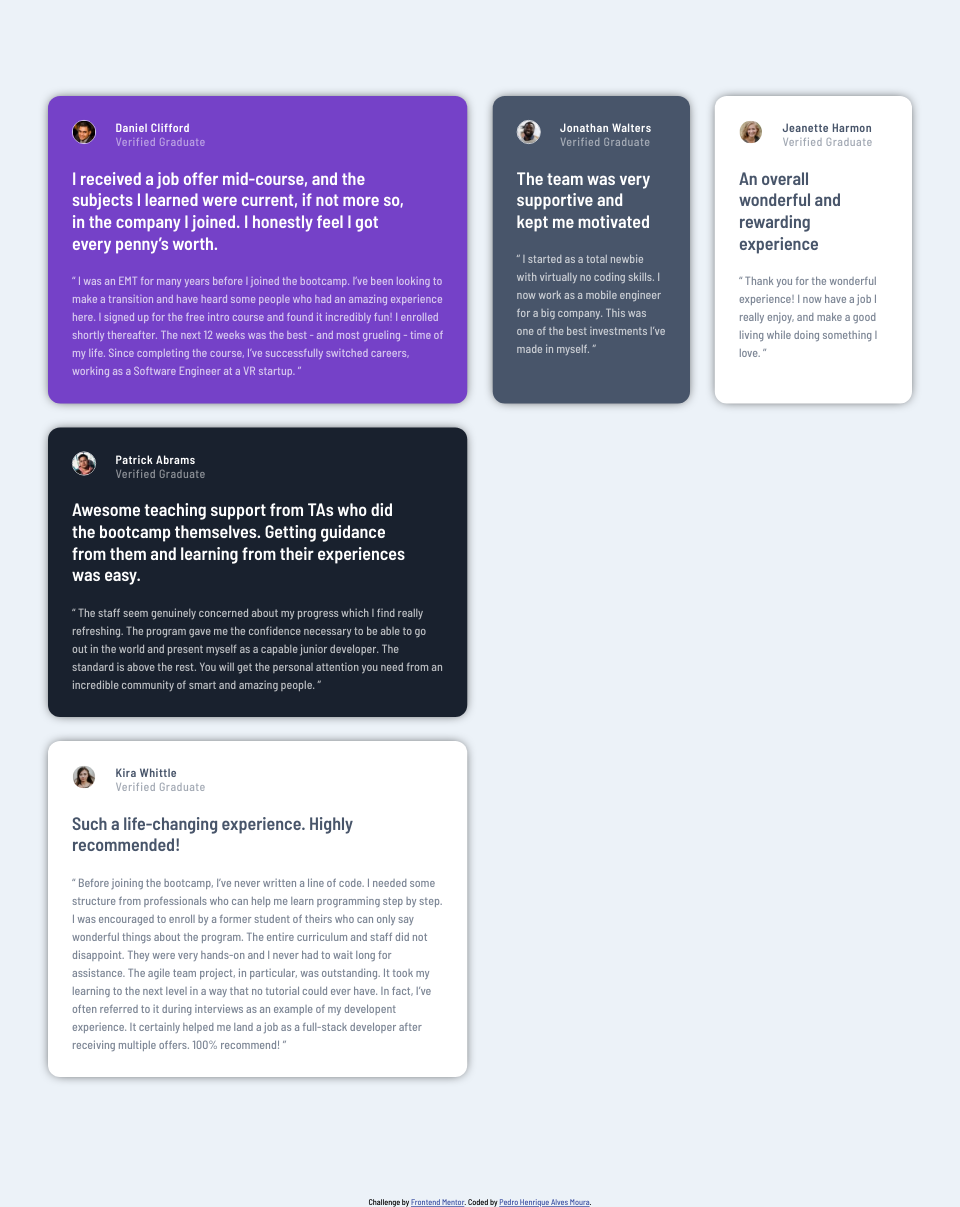
Repository: Pedrohamoura-Git/Frontend-Mentor-Challenges
Page: Junior/testimonials-grid-section-main/index.html
The author's editor kept a copy of each file at every save. The page is drawn from the files as they stood at one save, then again after a run of saves.
The browser window is 1280 px wide. The pictures show the whole page, at 75% of full size.

Above is the page before, as saved 2021-06-02 10:02:44.

### Junior/testimonials-grid-section-main/index.html
<!DOCTYPE html>
<html lang="en">
<head>
  <meta charset="UTF-8">
  <meta name="viewport" content="width=device-width, initial-scale=1.0"> <!-- displays site properly based on user's device -->

  <link rel="stylesheet" href="css/style.css">

  <title>Frontend Mentor | [Challenge Name Here]</title>

  <!-- Feel free to remove these styles or customise in your own stylesheet 👍 -->
  <style>
    .attribution { font-size: 11px; text-align: center; }
    .attribution a { color: hsl(228, 45%, 44%); }
  </style>
</head>
<body>

  <div id="wrapper">
    <div id="cards">
      <div id="card1">
        <header>
          <div class="picture">
            <img  src="images/image-daniel.jpg" alt="Daniel Clifford's Picture">
          </div>

          <div class="profile">
            <p>Daniel Clifford</p>
            <p class="status">Verified Graduate</p>
          </div>
          <div class="quotes"></div>
        </header>


        <h2>I received a job offer mid-course, and the subjects I learned were current, if not more so, in the company I joined. I honestly feel I got every penny’s worth.</h2>

        <p class="reviews">“ I was an EMT for many years before I joined the bootcamp. I’ve been looking to make a transition and have heard some people who had an amazing experience here. I signed up for the free intro course and found it incredibly fun! I enrolled shortly thereafter. The next 12 weeks was the best - and most grueling - time of my life. Since completing the course, I’ve successfully switched careers, working as a Software Engineer at a VR startup. ”</p>
      </div>

      <div id="card2">
        <header>
          <div class="picture">
            <img src="images/image-jonathan.jpg" alt="Jonathan Walters's Picture">
          </div>

          <div class="profile">
            <p>Jonathan Walters</p>
            <p class="status">Verified Graduate</p>
          </div>
        </header>

        <h2>The team was very supportive and kept me motivated</h2>

        <p class="reviews">“ I started as a total newbie with virtually no coding skills. I now work as a mobile engineer
          for a big company. This was one of the best investments I’ve made in myself. ”</p>
      </div>


      <div id="card3">
        <header>
          <div class="picture">
            <img src="images/image-jeanette.jpg" alt="Jeanette Harmon's Picture">
          </div>

          <div class="profile">
            <p>Jeanette Harmon</p>
            <p class="status">Verified Graduate</p>
          </div>
        </header>

        <h2>An overall wonderful and rewarding experience</h2>

        <p class="reviews">“ Thank you for the wonderful experience! I now have a job I really enjoy, and make a good living
          while doing something I love. ”</p>
      </div>

      <div id="card4">
        <header>
          <div class="picture">
            <img src="images/image-patrick.jpg" alt="Patrick Abrams's Picture">
          </div>

          <div class="profile">
            <p>Patrick Abrams</p>
            <p class="status">Verified Graduate</p>
          </div>
        </header>

        <h2>Awesome teaching support from TAs who did the bootcamp themselves. Getting guidance from them and
          learning from their experiences was easy.</h2>

        <p class="reviews">“ The staff seem genuinely concerned about my progress which I find really refreshing. The program
          gave me the confidence necessary to be able to go out in the world and present myself as a capable
          junior developer. The standard is above the rest. You will get the personal attention you need from
          an incredible community of smart and amazing people. ”</p>
      </div>

      <div id="card5">
        <header>
          <div class="picture">
            <img src="images/image-kira.jpg" alt="Kira Whittle's Picture">
          </div>

          <div class="profile">
            <p>Kira Whittle</p>
            <p class="status">Verified Graduate</p>
          </div>
        </header>

        <h2>Such a life-changing experience. Highly recommended!</h2>

        <p class="reviews">“ Before joining the bootcamp, I’ve never written a line of code. I needed some structure from
          professionals who can help me learn programming step by step. I was encouraged to enroll by a former
          student of theirs who can only say wonderful things about the program. The entire curriculum and staff
          did not disappoint. They were very hands-on and I never had to wait long for assistance. The agile team
          project, in particular, was outstanding. It took my learning to the next level in a way that no tutorial
          could ever have. In fact, I’ve often referred to it during interviews as an example of my developent
          experience. It certainly helped me land a job as a full-stack developer after receiving multiple offers.
          100% recommend! ”</p>
      </div>
    </div>
  </div>


  <div class="attribution">
    Challenge by <a href="https://www.frontendmentor.io?ref=challenge" target="_blank">Frontend Mentor</a>.
    Coded by <a href="#">Pedro Henrique Alves Moura</a>.
  </div>
</body>
</html>

### Junior/testimonials-grid-section-main/css/style.css
/*
** Core Formats
*/
    @import url('https://fonts.googleapis.com/css2?family=Barlow+Semi+Condensed:ital,wght@0,500;0,600;1,500;1,600&display=swap');


    * {
        box-sizing: border-box;
        font-family: "Barlow Semi Condensed";
        margin: 0;
        padding: 0;

    }

    html {
        Font-size: 13px;
    }

    body {
        background: hsl(210, 46%, 95%);
    }


/*
** Common Formats
*/
    #cards {
        color: white;
        margin: 10% auto;
        min-width: 200px;
        width: 90%;

        /* border: 1px solid red; */
    }
    #cards .picture img {
        border: 1.5px solid white;
        border-radius: 3rem;
        width: 55%;
    }

    #cards h2 {
        font-size: 1.5rem;
        margin-bottom: 1.5rem;
        max-width: 90%;
    }

    #cards div.profile {
        letter-spacing: .04rem;
        margin-bottom: 1.5rem;
    }

    #cards div.profile :first-child {
        font-weight: 600;
    }

    #cards div.profile p.status {
        opacity: 50%;
    }

    #cards p.reviews {
        font-size: 1rem;
        line-height: 1.5rem;
        opacity: 70%;
    }

    #card1, #card2, #card3, #card4, #card5 {
        border-radius: 1rem;
        box-shadow: 0 0 1rem -5px black;
        margin-bottom: 2rem;
        padding: 2rem;
    }


    header {
        display: flex;
    }



    /* CONFIGURAR A IMAGEM DE ASPAS DEPOIS


         #cards #card1 h2 {
        z-index: 10;
    }


    #card1 ::before {
        content: '';
        background: url(../images/bg-pattern-quotation.svg)no-repeat;
        width: 30%;
        height: 20%;
        position: absolute;
        top: 3rem;
        right: 2rem;
        z-index: 2;
    }
    } */




/*
** Card #1
*/
    #card1 {
        background: hsl(263, 55%, 52%);
    }



/*
** card #2
*/

    #card2 {
        background: hsl(217, 19%, 35%);
    }


/*
** card #3
*/
    #card3 {
        background: white;
        color: hsl(217, 19%, 35%);
    }


/*
** card #4
*/
    #card4 {
        background: hsl(219, 29%, 14%);
    }



/*
** card #5
*/
    #card5 {
        background: white;
        color: hsl(217, 19%, 35%);
    }


    /*
    ** Tablet Layout
    */
        @media (min-width: 720px) {

            html {
                font-size: 16px;
            }

            #cards {
                display: grid;
                grid-template-columns: repeat(2, 1fr);
                column-gap: 2.1rem;
            }

            #card1 {
                grid-column: 1 / span 2;
            }

            #card4 {
                grid-column: 1 / span 2;
            }

            #card5 {
                grid-column: 1 / span 2;
            }
        }



    /*
    ** Desktop - Layout
    */
        @media (min-width: 1080px) {
            #cards {
                display: grid;
                grid-template-columns: repeat(4, 1fr);
                grid-template-rows:
            }
        }

After the next 4 saves:
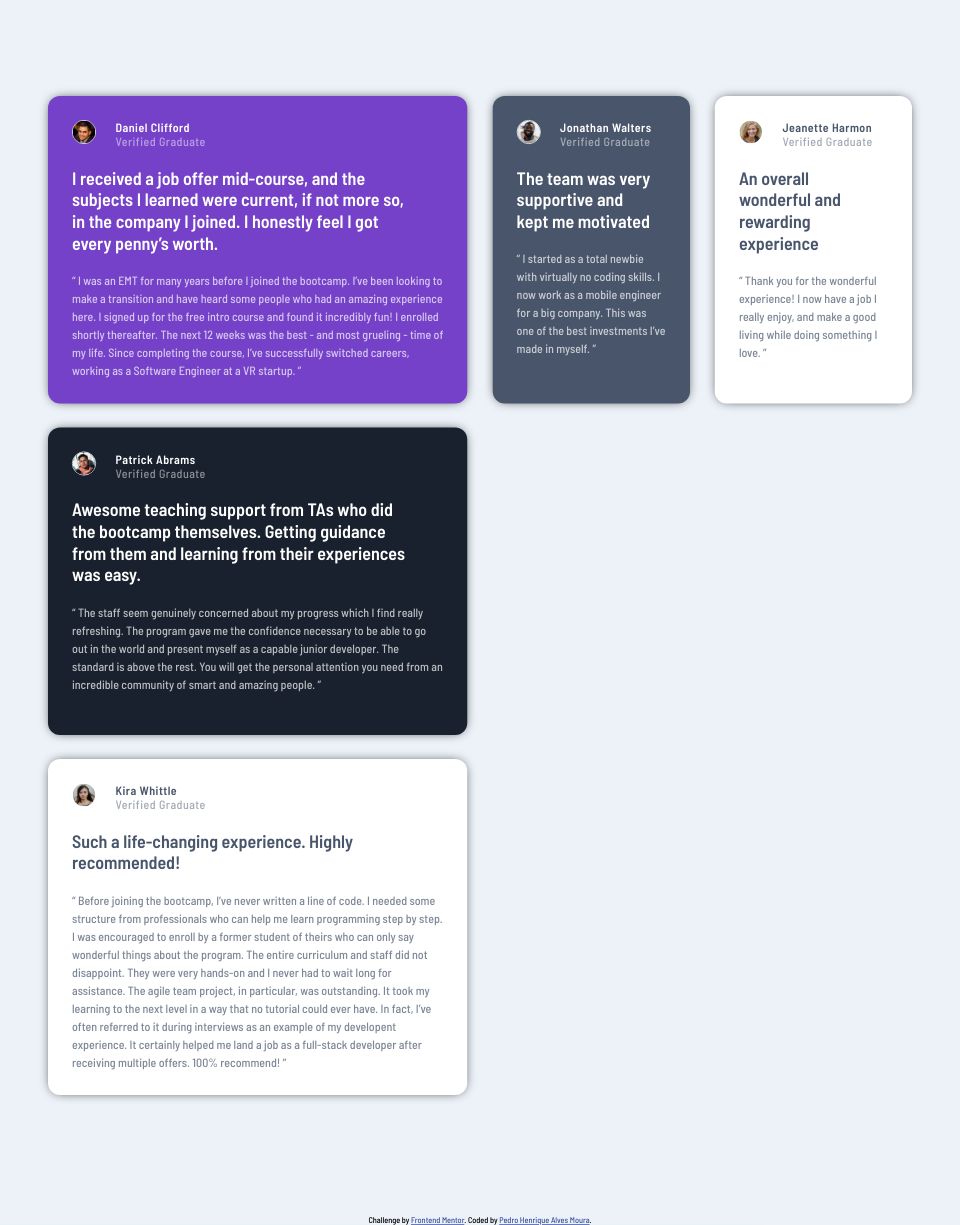
The 4 saves are shown as one change because they came seconds apart.
The last was saved 10 s later.
--- a/Junior/testimonials-grid-section-main/css/style.css
+++ b/Junior/testimonials-grid-section-main/css/style.css
@@ -182,6 +182,6 @@
             #cards {
                 display: grid;
                 grid-template-columns: repeat(4, 1fr);
-                grid-template-rows:
+                grid-template-rows: repeat(2, 1fr);
             }
         }
